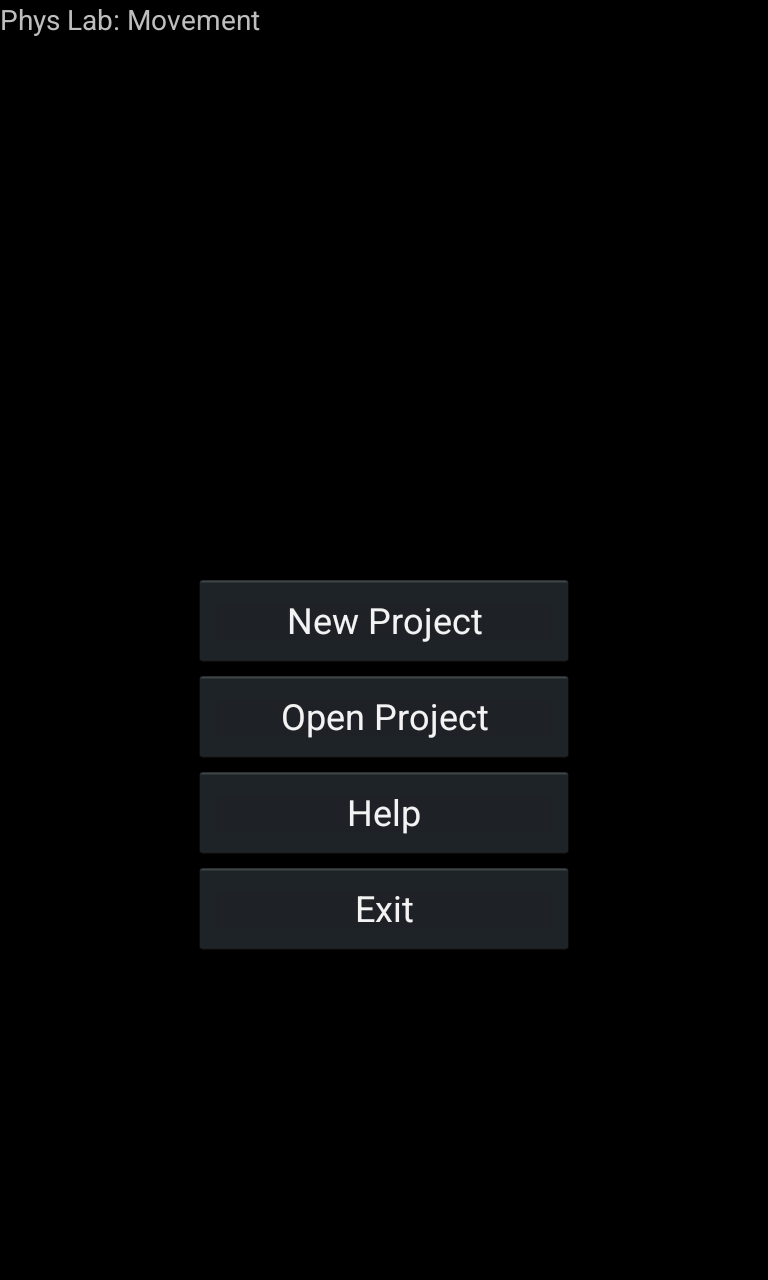
Repository: matthew-robertson/PhysLab
Layout: Phys Lab/Phys Lab/res/layout/activity_title.xml
An editor plug-in stored every save of this project. The layout is shown before and after the next save, followed by the edit.
It is drawn on a 768 x 1280 px phone screen (xhdpi) without system bars, with theme android:Theme.Holo; the app's code is not run.

Above is the layout before, as saved 2013-01-17 00:03:20.

After the next save:
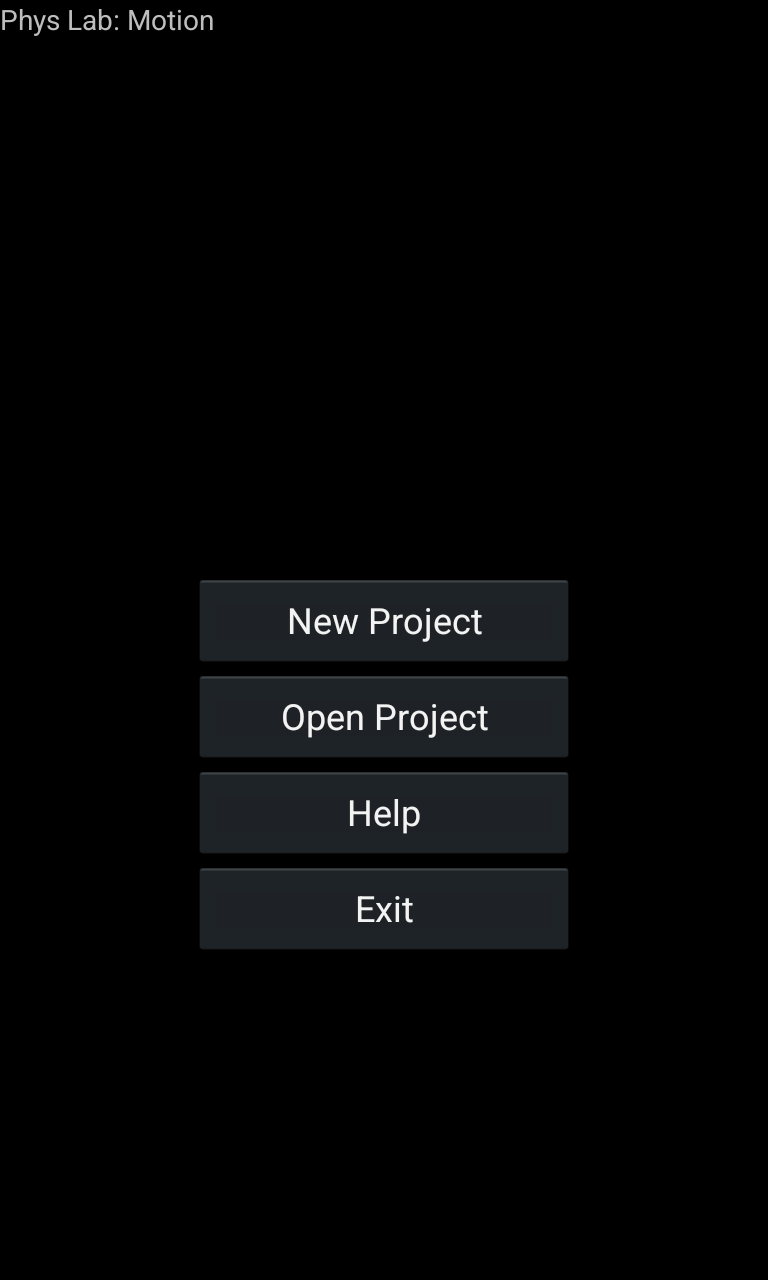
Saved 20 s later.
--- a/Phys Lab/Phys Lab/res/layout/activity_title.xml
+++ b/Phys Lab/Phys Lab/res/layout/activity_title.xml
@@ -14,7 +14,7 @@
         android:layout_height="0dp"
         android:layout_weight=".4"
         android:scaleType="center"
-		android:text="Phys Lab: Movement"
+		android:text="Phys Lab: Motion"
         android:contentDescription="@string/logo_phys_lab"/>
 
     <LinearLayout
